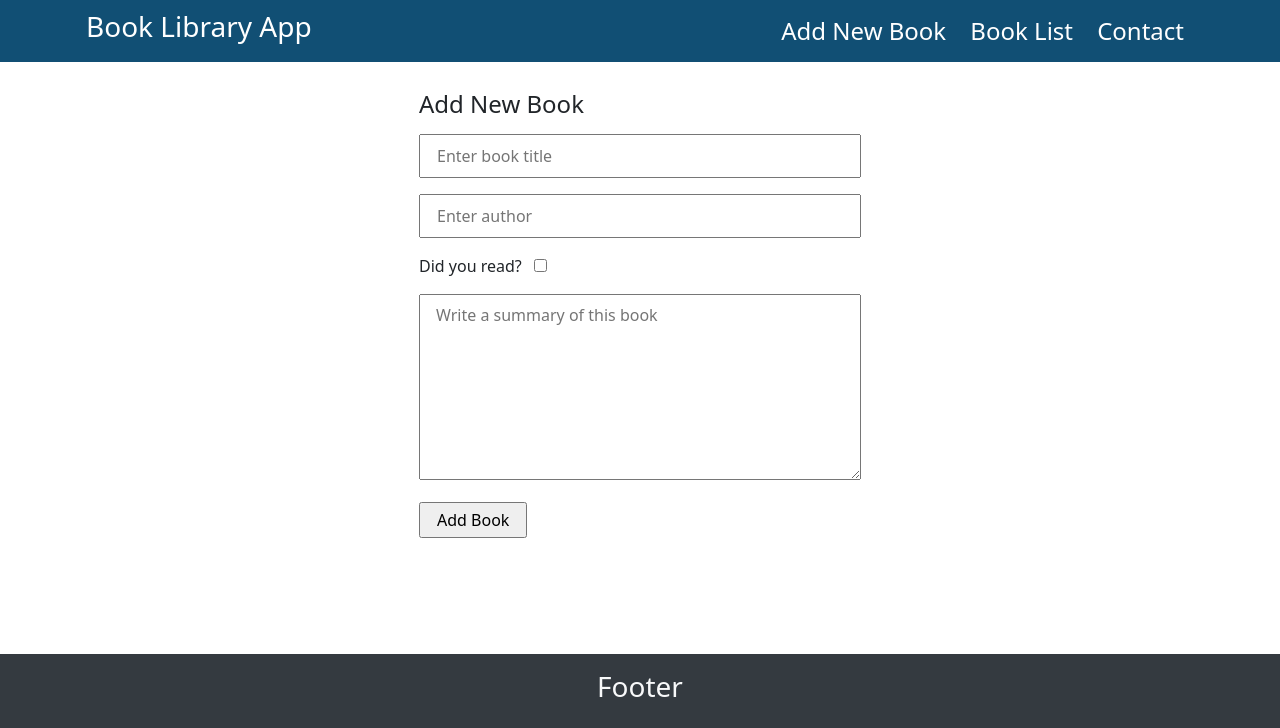
Repository: just-mann/booklibrary-app
Page: http://localhost/
An editor plug-in stored every save of this project. The page is shown before and after the next save, followed by the edit.
The browser window is 1280 px wide. The pictures show the whole page.
The page is served by the project's Node server (app.js).

Above is the page before, as saved 2021-06-06 04:48:10.

After the next save:
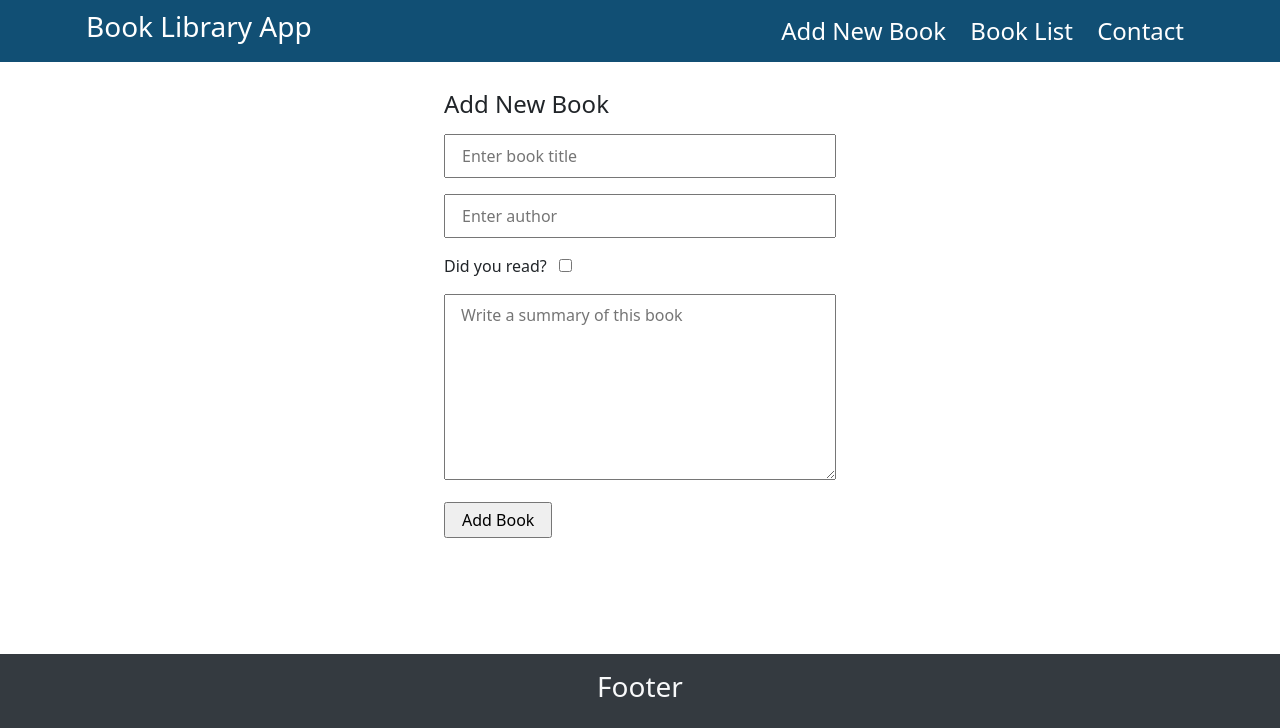
Saved 13 s later.
--- a/public/style.css
+++ b/public/style.css
@@ -70,7 +70,7 @@ nav .container .nav__links a {
 
 .home .homeDiv {
     /* background: yellow; */
-    max-width: 450px;
+    max-width: 400px;
     margin: 0 auto;
 }
 
